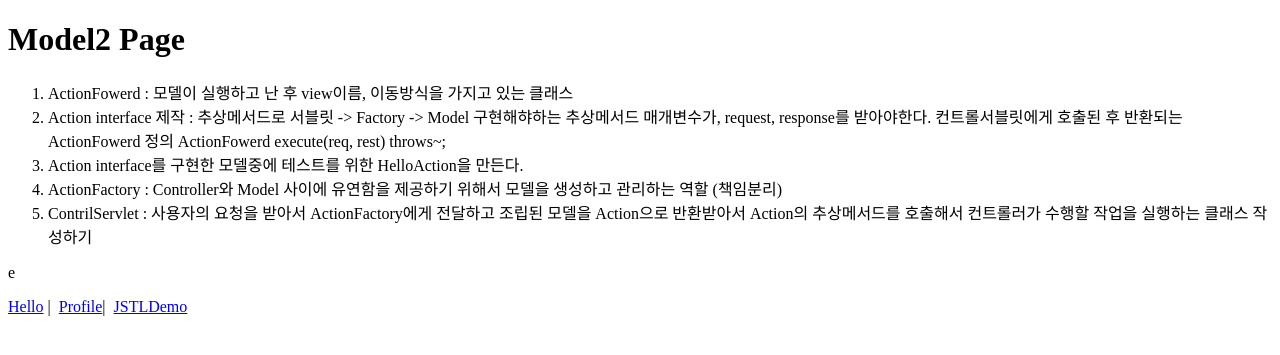
Repository: hyo-lang/java_ICT
Page: http://localhost/mvc1024/
An editor plug-in stored every save of this project. The page is shown before and after the next save, followed by the edit.
The browser window is 1280 px wide. The pictures show the whole page.
The page is served by Tomcat 9.

Above is the page before, as saved 2024-10-24 06:57:31.

After the next save:
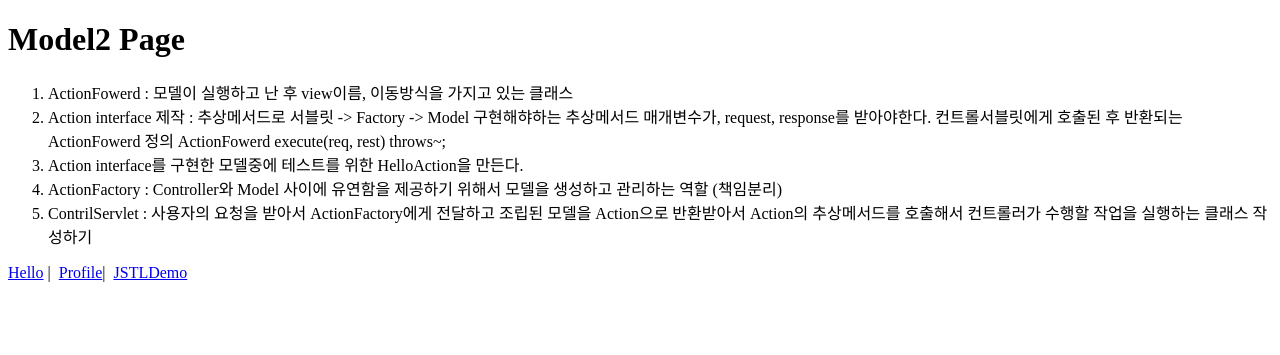
Saved 3 min 11 s later.
--- a/mvc1024/src/main/webapp/menu.jsp
+++ b/mvc1024/src/main/webapp/menu.jsp
@@ -1,6 +1,5 @@
 <%@ page language="java" contentType="text/html; charset=EUC-KR"
 	pageEncoding="EUC-KR"%>
-e
 <div>
 	<p>
 		<a href="mstudy.ict?cmd=hello">Hello</a>&nbsp;|&nbsp;
